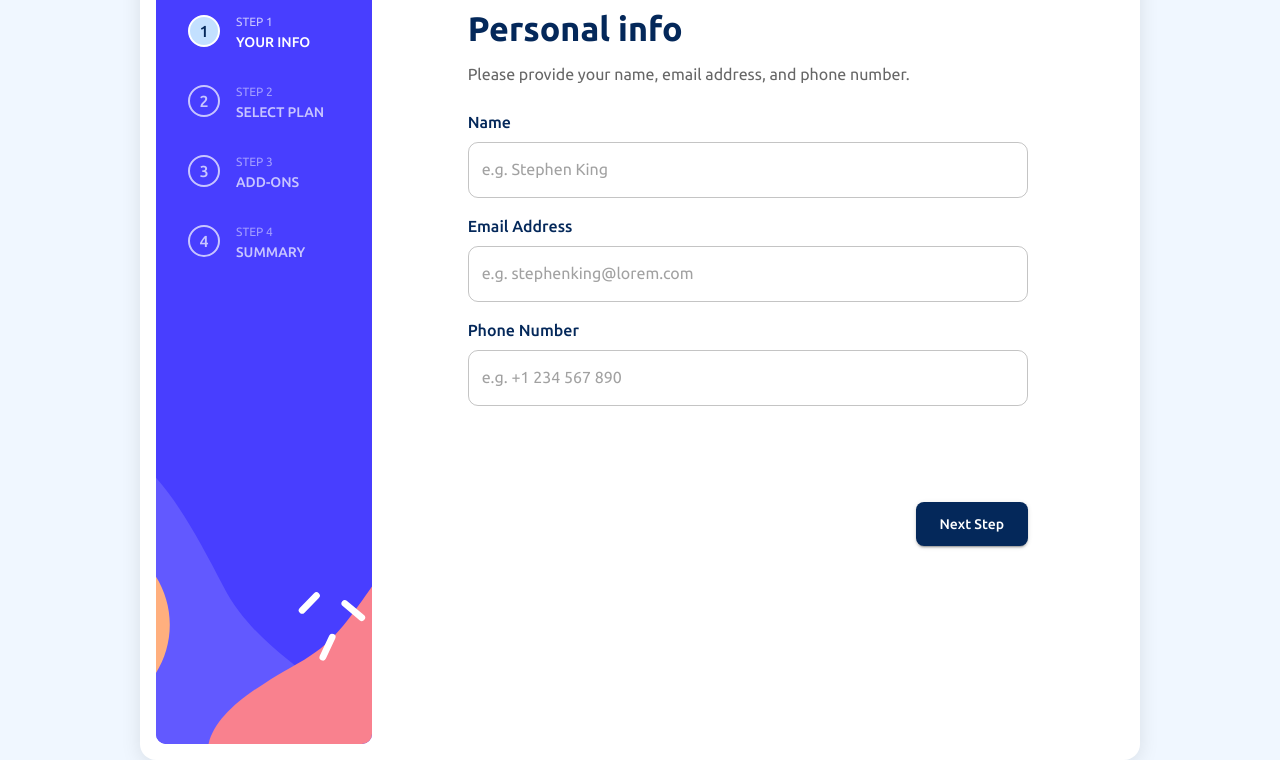
Repository: ozerrrs/chalange7days
Page: / (app in 7dayschalange/7dayschallange/)
The author's editor kept a copy of each file at every save. The page is drawn from the files as they stood at one save, then again after the next save.
The browser window is 1280 px wide. The pictures show the whole page.
The project was rebuilt for these pictures with package versions that can differ from the ones it lists, and the page was loaded fresh each time. Also part of the build but not shown: 7dayschalange/7dayschallange/vite.config.js.

Above is the page before, as saved 2025-03-05 14:58:38.

### 7dayschalange/7dayschallange/src/main.jsx
import * as React from "react";
import * as ReactDOM from "react-dom/client";
import { ThemeProvider } from "@mui/material/styles";
import { CssBaseline } from "@mui/material";
import theme from "./theme/theme";
import App from "./App";
import "./index.css";
ReactDOM.createRoot(document.getElementById("root")).render(
  <React.StrictMode>
    <ThemeProvider theme={theme}>
      <CssBaseline />
      <App />
    </ThemeProvider>
  </React.StrictMode>
);

### 7dayschalange/7dayschallange/src/theme/theme.jsx
import { createTheme } from "@mui/material/styles";

const theme = createTheme({
  typography: {
    fontFamily: "'Ubuntu', sans-serif",
    h4: {
      fontWeight: 700,
    },
    h2: {
      fontWeight: 500,
    },
  },
  components: {
    MuiCssBaseline: {
      styleOverrides: `
        body {
          background-color: #f0f7ff;
        }
      `,
    },
  },
});

export default theme;

### 7dayschalange/7dayschallange/src/App.jsx
import { Routes, Route, BrowserRouter } from "react-router-dom";
import FirstPage from "./pages/firstPage";
import "@fontsource/ubuntu/400.css"; // Regular
import "@fontsource/ubuntu/500.css"; // Medium
import "@fontsource/ubuntu/700.css"; // Bold
function App() {
  return (
    <BrowserRouter>
      <Routes>
        <Route path="/" element={<FirstPage />} />
        {/* <Route path="/about" element={<About />} />
          <Route path="/login" element={<Login />} />
          <Route path="/register" element={<Register />} /> */}
      </Routes>
    </BrowserRouter>
  );
}
export default App;

### 7dayschalange/7dayschallange/src/index.css
#root {
  height: 100vh;
  width: 100vw;
  background-color: #f0f7ff;
}

### 7dayschalange/7dayschallange/src/pages/firstPage.jsx
import React, { useState } from "react";
import {
  Box,
  TextField,
  Typography,
  Button,
  Stepper,
  Step,
  StepLabel,
  Paper,
  Container,
  Grid,
  CssBaseline,
} from "@mui/material";
import { styled, ThemeProvider } from "@mui/material/styles";
// Import the background image for the sidebar
import backgroundNav from "../assets/bg-sidebar-desktop.svg"; // Adjust the path as needed

const FormContainer = styled(Paper)(({ theme }) => ({
  padding: theme.spacing(2),
  borderRadius: 16,
  boxShadow: "0px 4px 20px rgba(0, 0, 0, 0.1)",
  display: "flex",
  overflow: "hidden",
  minWidth: 1000,
  minHeight: 800,
  margin: "0 auto",
  position: "absolute",
  top: "50%",
  left: "50%",
  transform: "translate(-50%, -50%)",
}));

const SideBar = styled(Box)(({ theme }) => ({
  padding: theme.spacing(4),
  borderRadius: "10px 10px 10px 10px",
  color: "white",
  width: 274,
  position: "relative",
  overflow: "hidden",
  background: "none",
  minHeight: 568,
}));

const ContentArea = styled(Box)(({ theme }) => ({
  paddingLeft: theme.spacing(12),
  paddingRight: theme.spacing(12),
  paddingTop: theme.spacing(4),
  paddingBottom: theme.spacing(4),
  width: "100%",
}));

const NextButton = styled(Button)(({ theme }) => ({
  backgroundColor: "#04285a",
  color: "white",
  borderRadius: 8,
  padding: "10px 24px",
  textTransform: "none", // This prevents uppercase text

  "&:hover": {
    backgroundColor: "#172b4d",
  },
}));
const StyledTextField = styled(TextField)(({ theme }) => ({
  marginBottom: theme.spacing(2),
  "& .MuiOutlinedInput-root": {
    borderRadius: "10px",
    "& fieldset": {
      borderRadius: "10px",
    },
  },
}));

const StepNumber = styled(Box)(({ theme, active }) => ({
  width: 32,
  height: 32,
  borderRadius: "50%",
  border: "2px solid white",
  display: "flex",
  alignItems: "center",
  justifyContent: "center",
  marginRight: theme.spacing(2),
  backgroundColor: active ? "#c3e0ff" : "transparent", // Blue background when active
  color: active ? "#04285a" : "white",
  fontWeight: 500,
}));

const StepItem = styled(Box)(({ theme, active }) => ({
  display: "flex",
  alignItems: "center",
  marginBottom: theme.spacing(3),
  opacity: active ? 1 : 0.7,
}));

const steps = [
  { label: "YOUR INFO", description: "Personal details" },
  { label: "SELECT PLAN", description: "Choose your plan" },
  { label: "ADD-ONS", description: "Add extra features" },
  { label: "SUMMARY", description: "Review your order" },
];

function MultiStepForm() {
  const [activeStep, setActiveStep] = useState(0);
  const [formData, setFormData] = useState({
    name: "",
    email: "",
    phone: "",
  });

  const handleInputChange = (e) => {
    const { name, value } = e.target;
    setFormData({
      ...formData,
      [name]: value,
    });
  };

  const handleNext = () => {
    setActiveStep((prevActiveStep) => prevActiveStep + 1);
  };

  const handleBack = () => {
    setActiveStep((prevActiveStep) => prevActiveStep - 1);
  };

  const getStepContent = (step) => {
    switch (step) {
      case 0:
        return (
          <Box>
            <Typography
              variant="h4"
              gutterBottom
              fontWeight="bold"
              sx={{ color: "#04285a" }}
            >
              Personal info
            </Typography>
            <Typography color="textSecondary" paragraph>
              Please provide your name, email address, and phone number.
            </Typography>

            <Box mt={3}>
              <Typography fontWeight={500} mb={1} sx={{ color: "#04285a" }}>
                Name
              </Typography>
              <StyledTextField
                fullWidth
                placeholder="e.g. Stephen King"
                name="name"
                value={formData.name}
                onChange={handleInputChange}
                variant="outlined"
              />

              <Typography fontWeight={500} mb={1} sx={{ color: "#04285a" }}>
                Email Address
              </Typography>

              <StyledTextField
                fullWidth
                placeholder="e.g. stephenking@lorem.com"
                name="email"
                value={formData.email}
                onChange={handleInputChange}
                variant="outlined"
              />

              <Typography fontWeight={500} mb={1} sx={{ color: "#04285a" }}>
                Phone Number
              </Typography>

              <StyledTextField
                fullWidth
                placeholder="e.g. +1 234 567 890"
                name="phone"
                value={formData.phone}
                onChange={handleInputChange}
                variant="outlined"
                sx={{ mb: 8 }}
              />
            </Box>
          </Box>
        );
      case 1:
        return (
          <Box>
            <Typography
              variant="h4"
              gutterBottom
              fontWeight="bold"
              sx={{ color: "#04285a" }}
            >
              Select your plan
            </Typography>
            <Typography color="textSecondary" paragraph>
              You have the option of monthly or yearly billing.
            </Typography>

            {/* Plan selection content will go here */}
            <Box mt={3} sx={{ display: "flex", gap: 2 }}>
              {/* Example plan cards would go here */}
              <Paper
                sx={{
                  p: 2,
                  borderRadius: 2,
                  flex: 1,
                  border: "1px solid #ccc",
                }}
              >
                <Typography fontWeight="bold" sx={{ color: "#04285a" }}>
                  Arcade
                </Typography>
                <Typography color="textSecondary">$9/mo</Typography>
              </Paper>

              <Paper
                sx={{
                  p: 2,
                  borderRadius: 2,
                  flex: 1,
                  border: "1px solid #ccc",
                }}
              >
                <Typography fontWeight="bold" sx={{ color: "#04285a" }}>
                  Advanced
                </Typography>
                <Typography color="textSecondary">$12/mo</Typography>
              </Paper>

              <Paper
                sx={{
                  p: 2,
                  borderRadius: 2,
                  flex: 1,
                  border: "1px solid #ccc",
                }}
              >
                <Typography fontWeight="bold" sx={{ color: "#04285a" }}>
                  Pro
                </Typography>
                <Typography color="textSecondary">$15/mo</Typography>
              </Paper>
            </Box>
          </Box>
        );
      case 2:
        return (
          <Box>
            <Typography
              variant="h4"
              gutterBottom
              fontWeight="bold"
              sx={{ color: "#04285a" }}
            >
              Pick add-ons
            </Typography>
            <Typography color="textSecondary" paragraph>
              Add-ons help enhance your gaming experience.
            </Typography>
          </Box>
        );
      case 3:
        return (
          <Box>
            <Typography
              variant="h4"
              gutterBottom
              fontWeight="bold"
              sx={{ color: "#04285a" }}
            >
              Summary
            </Typography>
            <Typography color="textSecondary" paragraph>
              Please confirm your selections.
            </Typography>
          </Box>
        );
      default:
        return "Unknown step";
    }
  };

  return (
    <FormContainer>
      <SideBar>
        <Box
          sx={{
            position: "absolute",
            top: 0,
            left: 0,
            width: "100%",
            height: "100%",
            zIndex: 0,
          }}
        >
          <img
            src={backgroundNav}
            alt="background"
            style={{ width: "100%", height: "100%", objectFit: "cover" }}
          />
        </Box>
        <Box sx={{ position: "relative", zIndex: 1 }}>
          {steps.map((step, index) => (
            <StepItem key={index} active={activeStep === index}>
              <StepNumber active={activeStep === index}>{index + 1}</StepNumber>

              <Box>
                <Typography variant="caption" sx={{ opacity: 0.7 }}>
                  STEP {index + 1}
                </Typography>
                <Typography variant="subtitle2">{step.label}</Typography>
              </Box>
            </StepItem>
          ))}
        </Box>
      </SideBar>

      <ContentArea>
        {getStepContent(activeStep)}

        <Box sx={{ display: "flex", justifyContent: "flex-end", mt: 4 }}>
          {activeStep !== 0 && (
            <Button onClick={handleBack} sx={{ mr: 1 }}>
              Back
            </Button>
          )}
          <NextButton variant="contained" onClick={handleNext}>
            Next Step
          </NextButton>
        </Box>
      </ContentArea>
    </FormContainer>
  );
}

export default MultiStepForm;

Loaded but not shown: 7dayschalange/7dayschallange/index.html (common file)

After the next save:
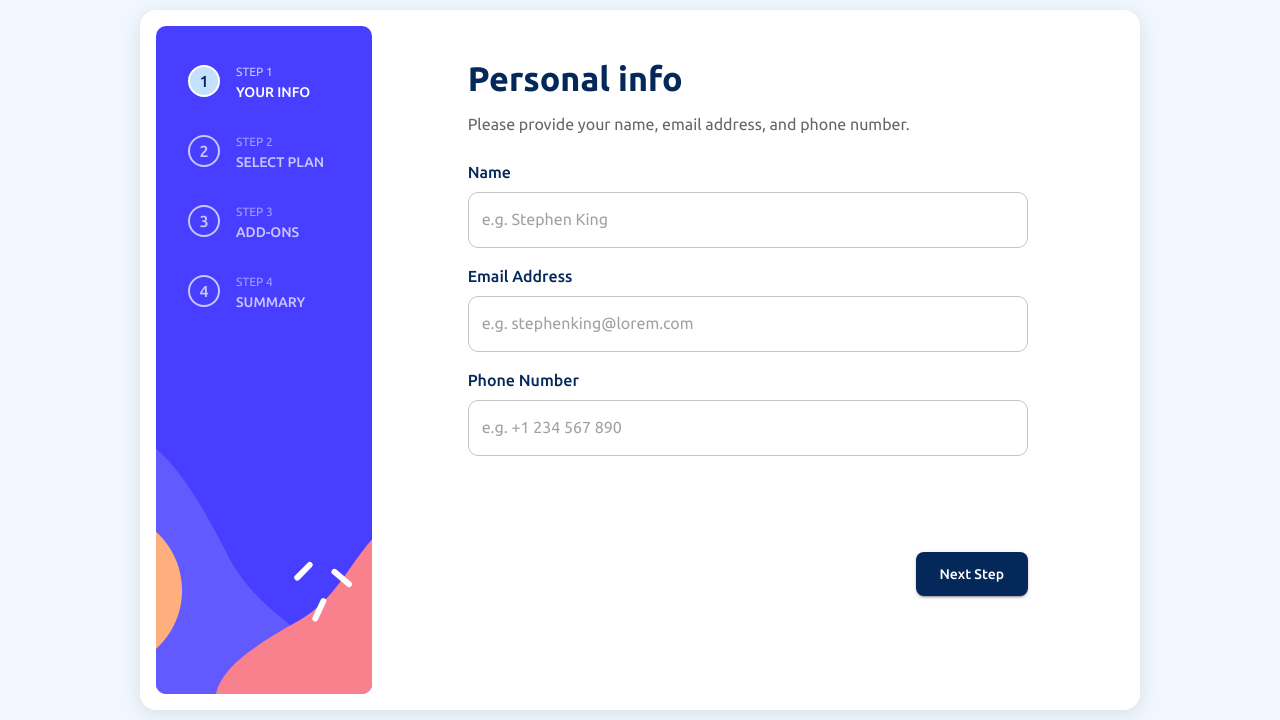
Saved 6 s later.
--- a/7dayschalange/7dayschallange/src/pages/firstPage.jsx
+++ b/7dayschalange/7dayschallange/src/pages/firstPage.jsx
@@ -23,7 +23,7 @@ const FormContainer = styled(Paper)(({ theme }) => ({
   display: "flex",
   overflow: "hidden",
   minWidth: 1000,
-  minHeight: 800,
+  minHeight: 700,
   margin: "0 auto",
   position: "absolute",
   top: "50%",
